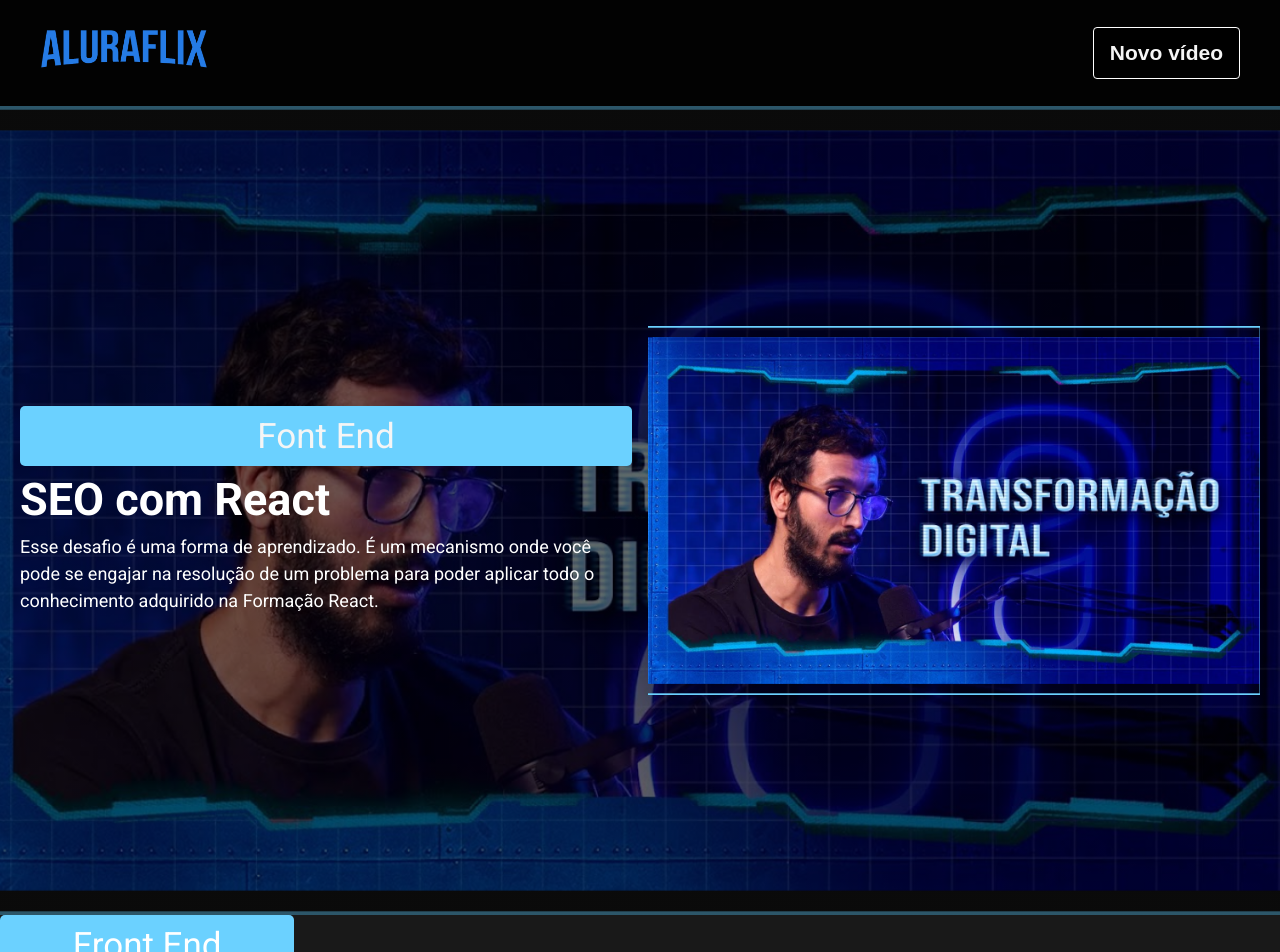
Repository: CarlosEduardoVdeOliveira/aluraflix
Page: /
An editor plug-in stored every save of this project. The page is shown before and after the next save, followed by the edit.
The browser window is 1280 px wide. The pictures show the part of the page from y = 0 to 952 px (the page is 2961 px tall).
The project was rebuilt for these pictures with package versions that can differ from the ones it lists, and the page was loaded fresh each time. Also part of the build but not shown: vite.config.js, src/components/Input/Input.module.css, src/components/Input/index.jsx, src/components/TextArea/TextArea.module.css, src/components/TextArea/index.jsx, src/pages/RegisterVideo/Register.module.css, src/pages/RegisterVideo/index.jsx, src/components/Table/Table.module.css and 3 more.

Above is the page before, as saved 2023-09-26 10:23:35.

After the next save:
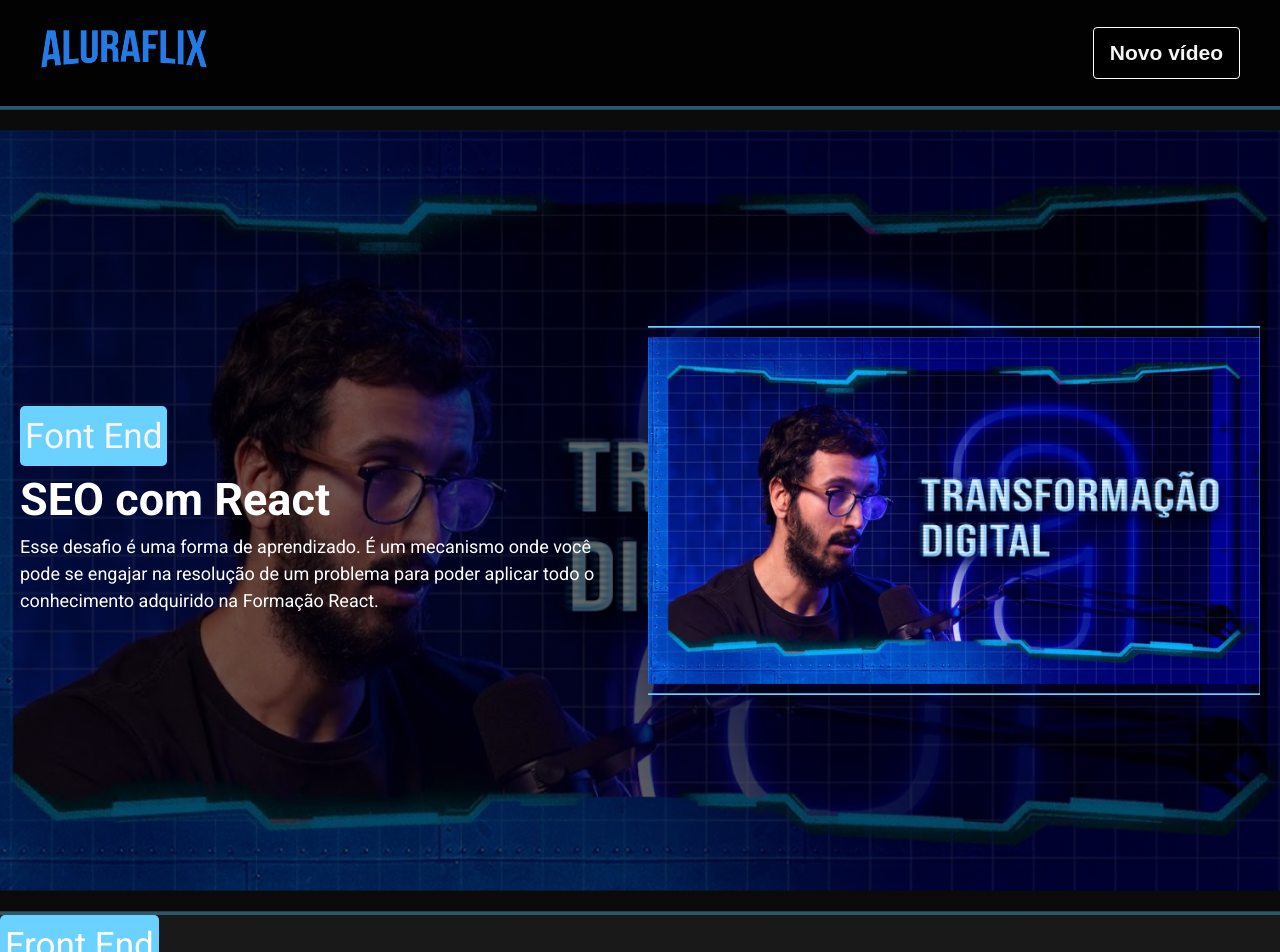
Saved 5 s later.
--- a/src/components/TitleCategory/TitleCategory.module.css
+++ b/src/components/TitleCategory/TitleCategory.module.css
@@ -1,5 +1,5 @@
 .container{
-  width: auto fit-content;
+  width: fit-content;
   height: 60px;
   padding: 5px;
   text-align: center;
